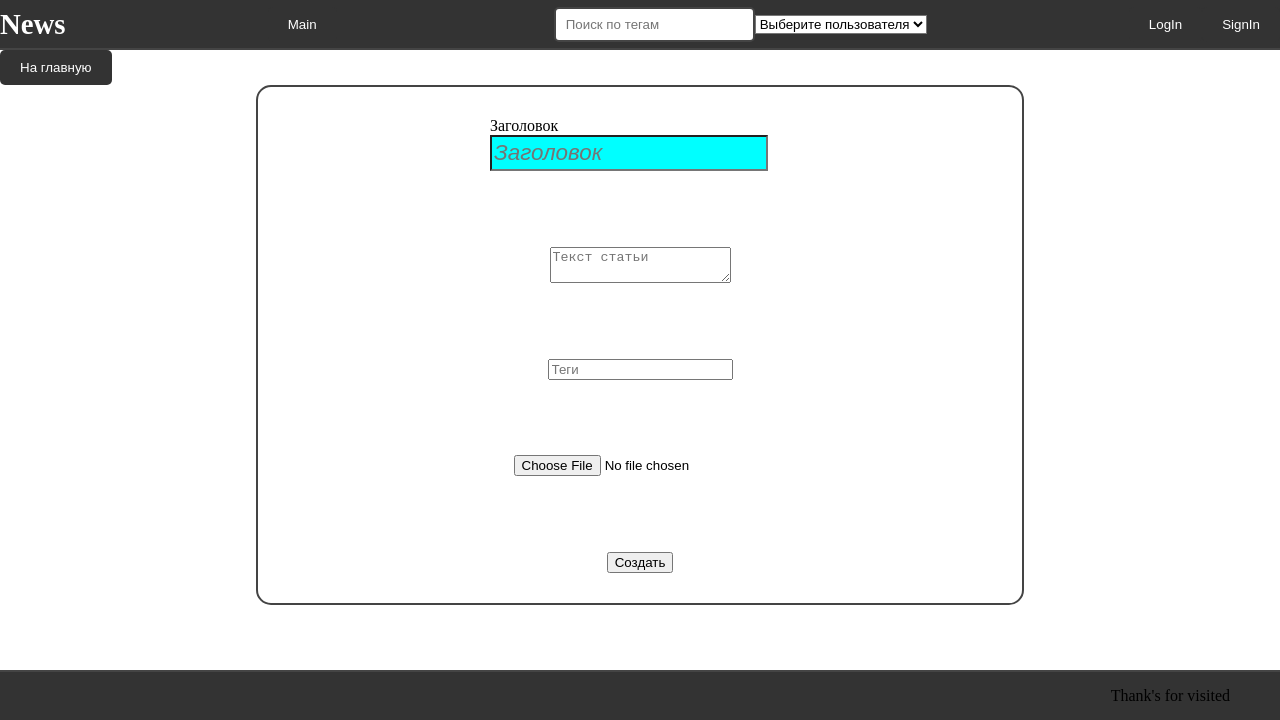
Repository: Igor-Blazhko/news_frontend
Page: /CreatePost
The author's editor kept a copy of each file at every save. The page is drawn from the files as they stood at one save, then again after the next save.
The browser window is 1280 px wide. The pictures show the whole page.
The project was rebuilt for these pictures with package versions that can differ from the ones it lists, and the page was loaded fresh each time. Also part of the build but not shown: vite.config.ts, src/components/allPost/onePost/onePost.module.css, src/components/allPost/onePost/onePost.tsx, src/components/allPost/allPost.tsx, src/components/auth/logIn/login.module.css, src/components/auth/logIn/login.tsx, src/components/auth/register/register.tsx, src/components/pageOnePost/comments/comment.tsx and 2 more.

Above is the page before, as saved 2024-07-15 16:09:47.

### src/App.tsx
import Header from './components/header/header'
import AllPost from './components/allPost/allPost'
import Footer from './components/footer/footer'
import LogIn from './components/auth/logIn/login'
import { Page } from './types'
import SignIn from './components/auth/register/register'
import { BrowserRouter, Route, Routes } from 'react-router-dom'
import OnePost from './components/pageOnePost/OnePost'
import { Provider } from 'react-redux'
import { store } from './store'
import { QueryClient, QueryClientProvider } from '@tanstack/react-query'
import CreatePost  from './components/createPost/createPost'



const queryClient = new QueryClient();

function App() {

  return (
    <Provider store={store}>
      <QueryClientProvider client={queryClient}>
        <BrowserRouter>
        <Header></Header>
          <Routes>
            <Route path="*" element ={ <AllPost/> }/>
            <Route path={Page.LogIn} element ={ <LogIn/> }/>
            <Route path={Page.SignIn} element ={ <SignIn/> }/>
            <Route path={Page.CreatePost} element ={ <CreatePost/> }/>
            <Route path={Page.OnePost+'/:id'} element ={ <OnePost/> }/>
          </Routes>
        <Footer></Footer>
        </BrowserRouter>
      </QueryClientProvider>
    </Provider>
  )
}

export default App

### src/index.css
body{
  margin: 0;
  padding: 0;
  width: 100vw;
  min-height: 100vh;
  overflow-x: hidden;
}

main{
  min-height: calc(100vh - 100px);
}

### src/components/header/header.tsx

import { Link } from 'react-router-dom';
import Button from '../simplyComponents/button/button';
import styles from './header.module.css'
import ButtonAuth  from './buttonAuth/buttonAuth';
import Filter from './filter/filter';


export default function Header() {
        return (
        <header className={styles.header}>
            <div className={styles.logo}>
                News
            </div>
            <nav>
                <Link to="">
                    <Button>Main</Button>
                </Link>
            </nav>
            <Filter/>
            <ButtonAuth/>
        </header>
    )
}

### src/components/footer/footer.tsx
import { Link } from 'react-router-dom'
import styles from './footer.module.css'
import { Page } from '../../types'
import Button from '../simplyComponents/button/button'
import { useSelector } from 'react-redux'
import { States } from '../../store'

export default function Footer(){
    const JWT = useSelector( (state:States) => state.JWT)
    return(
        <footer className={styles.footer}>
            {
            JWT &&
            <Link to={'/'+Page.CreatePost}>
                <Button>Создать пост</Button>
            </Link>
            }

            <div className={styles.text}>Thank's for visited</div>
        </footer>
    )
}

### src/types.ts
export const enum Page {
    LogIn = 'LogIn',
    SignIn = 'SignIn',
    AllPost = 'AllPost',
    OnePost = 'OnePost',
    CreatePost = 'CreatePost',
}

export class ObjectToken {
    private readonly access_token:string;
    constructor(access_token:string){
        this.access_token = access_token;
    }
}

export class HTTPExeption{
    private readonly response:string;
    private readonly status:number;
    private readonly message:string;
    private readonly name:string;
    constructor(response:string, status:number, message:string, name:string){
        this.response = response;
        this.status = status;
        this.message = message;
        this.name = name;
    }
}

### src/store.ts
import { createStore } from '@reduxjs/toolkit'
import cooks from './basefunction';

export interface States{
  tagfilter: string[],
  userfilter: number,
  JWT:string|undefined,
  location: string,
}

const defaultState:States = {
  tagfilter: [],
  userfilter: 0,
  JWT: cooks.getJWT(),
  location: '*',
}

type Action = {
  type:string,
  buffer?:string,
  userId?:number,
  JWT?:string,
}
const reducer = (state = defaultState, action:Action) => {
  switch (action.type){
    case 'Filter':
      if (( 'buffer' in action) && (action.buffer !== undefined)) {
        const arr = action.buffer.split(' ');
        state = {...state,
          tagfilter: arr,
        }
      }
      return state;
    case 'setUserFilter':
      if (( 'userId' in action) && (action.userId !== undefined)) {
        state = {...state,
          userfilter: action.userId,
        }
      }
      return state
    case 'SetJWT':
      if ( ('JWT' in action) && (action.JWT !== undefined) ){
        state = {...state,
          JWT: action.JWT,
        }
        cooks.LogIn(action.JWT)
      // document.cookie = `JWT_token=${action.JWT}`
      }
      return state;
    case 'DelJwt':
      state = {
        ...state,
        JWT:'',
      }
      cooks.LogOut()
      return state;
    case 'setLocation':
      state = {
        ...state,
        location: location.pathname,
      }
      return state;
    case 'dropLocation':
      state = {
        ...state,
        location: '*',
      }
      return state;
    default:
      return state;
  }
}

export const store = createStore(reducer)

### src/components/createPost/createPost.tsx
import { Link } from "react-router-dom";
import { Page } from "../../types";
import Button from "../simplyComponents/button/button";
import SERVER from "../../dataServer";
import styles from "./createPost.module.css"

export default function CreatePost(){

    return (
        <main>
            <Link to={'/'}>
                <Button>На главную</Button>
            </Link>
            <div>
                <form action={SERVER.POST.News.create} method="post" className={styles.form}>
                    <div>
                        <label htmlFor="article">Заголовок</label>
                        <input type="text" name="article" maxLength={254} placeholder="Заголовок" className={styles.article}/>
                    </div>
                    <textarea name="text" placeholder="Текст статьи" className={styles.text}/>
                    <input type="text" name="Tags" placeholder="Теги"  className={styles.tags}/>
                    <input type="file" />
                    <button type="submit" className={styles.btn}>Создать</button>
                </form>
            </div>
        </main>

    )
}

### src/components/simplyComponents/button/button.tsx
import { MouseEventHandler, ReactNode } from 'react'
import styles from './button.module.css'
type Button = {
    text?:string,
    children?:ReactNode
    onClick?:MouseEventHandler<HTMLButtonElement>
}

export default function Button(props:Button){

    return(
        <button className={styles.button} onClick={props.onClick}>{props.children}</button>
    )
}

### src/components/header/header.module.css
header {
    background-color: #333;
    display: flex;
    justify-content: space-between;
    align-items: center;
    border-bottom: 2px solid #444;
    box-sizing: border-box;
    min-height: 50px;
}

.logo {
    font-size: 1.8em;
    font-weight: bold;
    color: #fff;
}



  .filter {
    display: flex;
    align-items: center;
  }

  .filter input,
  .filterselect {
    padding: 8px 10px;
    margin-left: 15px;
    border: 2px solid #444;
    border-radius: 5px;
    transition: border-color 0.3s ease;
  }

  .filter input:focus,
  .filter select:focus {
    border-color: #888;
  }

  .filter select {
    background-color: #fff;
}

### src/components/header/buttonAuth/buttonAuth.tsx
import { useDispatch, useSelector } from "react-redux"
import { States } from "../../../store"
import cooks from "../../../basefunction";
import Button from "../../simplyComponents/button/button";
import { Link } from "react-router-dom";
import { Page } from "../../../types";

export default function ButtonAuth(){

    const JWT = useSelector( (state:States) => state.JWT);
    const dispatch = useDispatch();

    function LogOut(){
        dispatch({
            type: 'DelJwt',
        })
    }

    return (
        <>
            {
                JWT?
                <div className="auth">
                    <Button onClick={LogOut}>LogOut</Button>
                </div>
                :
                <div className="auth">
                    <Link to={Page.LogIn}>
                        <Button>LogIn</Button>
                    </Link>
                    <Link to={Page.SignIn}>
                        <Button>SignIn</Button>
                    </Link>
                </div>
                }
        </>
    )
}

### src/components/header/filter/filter.tsx

import { useEffect, useState } from 'react'
import { User } from '../../pageOnePost/types/types'
import styles from '../header.module.css'
import { useDispatch } from 'react-redux'

export default function Filter(){
    const [users, setUsers] = useState([ {
        id: 1,
        name: 'igor',
        sername: 'Blazhko',
        login: 'user1',
    }])
    const [change, setChange] = useState(false)
    const dispatch = useDispatch()

    useEffect(() => {
        const users = [
            {
                id: 1,
                name: 'igor',
                sername: 'Blazhko',
                login: 'user1',
            },
            {
                id: 2,
                name: 'igor',
                sername: 'Tokin',
                login: 'user2',
            },
            {
                id: 3,
                name: 'igor',
                sername: 'Lankin',
                login: 'user3',
            },
        ];
        setUsers(users);
        // setLog(JWT)
    },[])

    function changeFilter(event:React.ChangeEvent<HTMLInputElement>){
        dispatch({
            type:'Filter',
            buffer: event.target.value,
        })
    }

    function changeUser(event) {
        dispatch({
            type:'setUserFilter',
            userId: +event.target.value,
        })
        if ( +event.target.value ) setChange(true)
        else setChange(false)
    }

    return (
            <div className={styles.filter}>
                <input type="text" placeholder="Поиск по тегам" onChange={changeFilter}/>
                <select onChange={changeUser} defaultValue="option0">
                    <option value="0">
                        { change? 'Cбросить фильтрацию': 'Выберите пользователя'}
                    </option>
                    {
                        users.map((user:User)=> <option key = {user.id} value={user.id}>{user.name} {user.sername}</option>)
                    }
                </select>
            </div>
    )
}

### src/components/allPost/allPost.module.css

main {
    display: flex;
    flex-direction: column;
    row-gap: 25px;
  }

### src/dataServer.ts


const SERVER = {
    base: 'http://192.168.3.37:5000/',
    POST: {
        register: 'http://127.0.0.1:5000/auth/registration',
        login: 'http://127.0.0.1:5000/auth/login',
        comments: {
            createCom: 'http://127.0.0.1:5000/comments',
        },
        News: {
            create: 'http://127.0.0.1:5000/news',
        }
    },
    GET: {
        allNews: 'http://127.0.0.1:5000/news',
        oneNews: 'http://127.0.0.1:5000/news?id=',
        getAllCommentByPostId: 'http://127.0.0.1:5000/comments?id=',
    }
}
export default SERVER;

### src/components/footer/footer.module.css
footer {
    width: 100vw;
    background-color: #333;
    min-height: 50px;
    border-top: 2px solid #444;
    display: flex;
    justify-content: flex-end;
    align-items: center;
    box-sizing: border-box;
}

.text{
    margin-right: 50px;
}

### src/components/pageOnePost/OnePost.module.css
main{
  display: block;
}
.post_content_full {
    display: flex;
    flex-direction: column;
    align-items: center;
    text-align: center;
    animation: slideIn 0.5s ease-in-out;
  }

  .post_image {
    width: 150px;
    height: 150px;
    margin-bottom: 20px;
  }

  .post_title_full {
    font-size: 2em;
    margin-bottom: 20px;
  }

  .post_text_full {
    font-size: 1.2em;
    margin-bottom: 40px;
  }

  .comments {
    background-color: #fff;
    padding: 20px;
    border: 1px solid #ccc;
    border-radius: 10px;
    margin-top: 20px;
  }



  .comments h3 {
    font-size: 1.5em;
    margin-bottom: 10px;
  }

  .comment {
    margin-bottom: 10px;
    padding: 10px;
    border: 1px solid #ccc;
    border-radius: 5px;
    background-color: #fafafa;
  }

  .comment p {
    font-size: 1.2em;
  }

  .comment_form {
    margin-top: 20px;
  }

  .comment_form textarea {
    width: 100%;
    padding: 10px;
    margin-bottom: 10px;
    border: 1px solid #ccc;
    border-radius: 5px;
    resize: vertical;
    transition: border-color 0.3s ease;
  }

  .comment_form textarea:focus {
    border-color: #888;
  }

  .comment_form button {
    padding: 10px;
    border: none;
    border-radius: 5px;
    background-color: #333;
    color: #fff;
    cursor: pointer;
    transition: background-color 0.3s ease, transform 0.3s ease;
  }

  .comment_form button:hover {
    background-color: #444;
    transform: translateY(-3px);
  }

### src/basefunction.ts
import { useDispatch } from "react-redux";

class Cookie {
    getCookie(name:string) {
        let matches = document.cookie.match(new RegExp(
          "(?:^|; )" + name.replace(/([\.$?*|{}\(\)\[\]\\\/\+^])/g, '\\$1') + "=([^;]*)"
        ));
        return matches ? decodeURIComponent(matches[1]) : undefined;
    }

    setCookie(name:string, value:string, options = {}) {

        options = {
          path: '/',
          // при необходимости добавьте другие значения по умолчанию
          ...options
        };

        if (options.expires instanceof Date) {
          options.expires = options.expires.toUTCString();
        }

        let updatedCookie = encodeURIComponent(name) + "=" + encodeURIComponent(value);

        for (let optionKey in options) {
          updatedCookie += "; " + optionKey;
          let optionValue = options[optionKey];
          if (optionValue !== true) {
            updatedCookie += "=" + optionValue;
          }
        }

        document.cookie = updatedCookie;
    }

    deleteCookie(name:string) {
        this.setCookie(name, "", {
          'max-age': -1
        })
    }

    getJWT(){
        return this.getCookie('JWT_token')
    }

    LogIn(token:string){
        this.setCookie('JWT_token', token, {
            'max-age': 3600
          } )
    }

    LogOut(){
        this.setCookie('JWT_token', '', {
            'max-age': 3600
          } )
    }
}
const cooks = new Cookie()
export default cooks

### src/components/createPost/createPost.module.css
.form {
    border: 2px solid #444;
    border-radius: 15px;
    width: 60%;
    height: calc(100vh - 200px);
    margin: 0 auto;
    display: flex;
    flex-direction: column;
    justify-content: space-between;
    align-items: center;
    padding: 30px 0 ;
    box-sizing: border-box;
}

.article{
    width: 90%;
    height: 30px;
    font-size: 1.4em;
    font-style: italic;
    display: block;
    background-color: aqua;
}

.article::before{
    display: block;
    width: 20px;
    height: 20px;
    background-color: #444;
    border: 2px solid black;
    content: "→";
}

### src/components/simplyComponents/button/button.module.css
.button {
    padding: 10px 20px;
    background-color: #333;
    color: #fff;
    border: none;
    border-radius: 5px;
    cursor: pointer;
    transition: background-color 0.3s ease, transform 0.3s ease;
    text-decoration: none;
}

.button:hover {
    background-color: #444;
    transform: translateY(-3px);
}

Loaded but not shown: index.html (common file); src/main.tsx (common file)

After the next save:
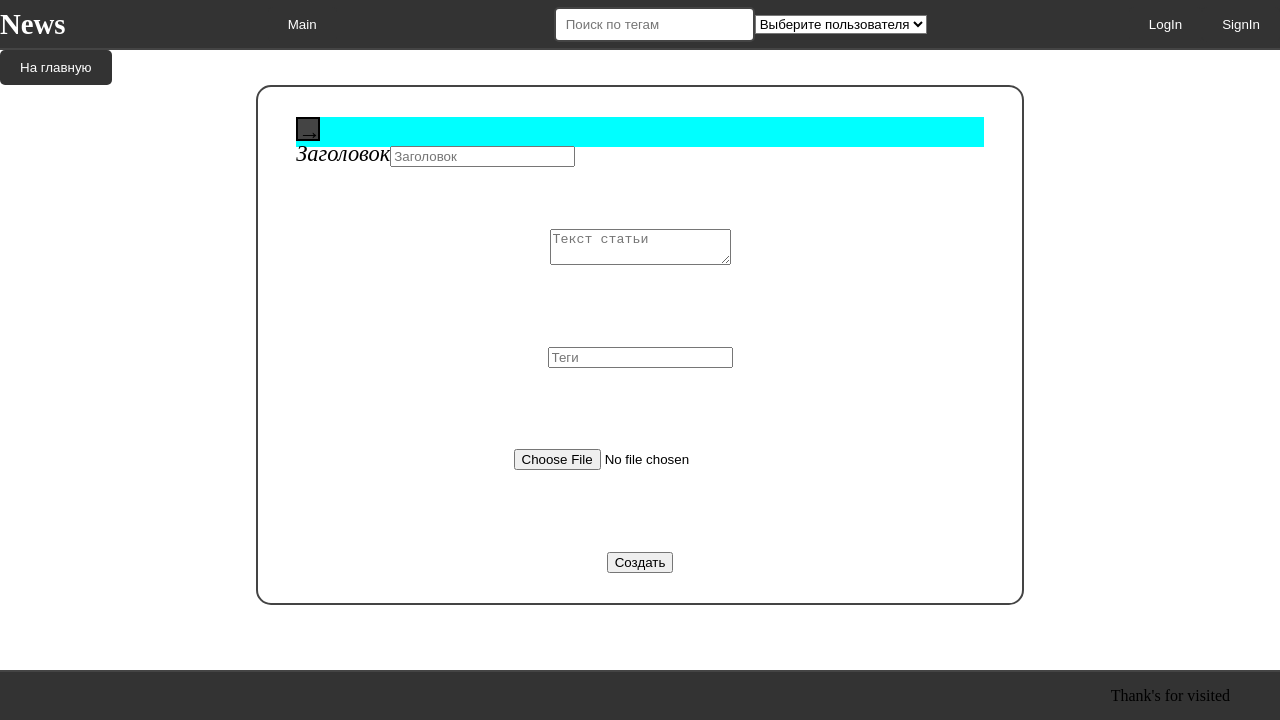
Saved 9 s later.
--- a/src/components/createPost/createPost.tsx
+++ b/src/components/createPost/createPost.tsx
@@ -13,9 +13,9 @@ export default function CreatePost(){
             </Link>
             <div>
                 <form action={SERVER.POST.News.create} method="post" className={styles.form}>
-                    <div>
+                    <div className={styles.article}>
                         <label htmlFor="article">Заголовок</label>
-                        <input type="text" name="article" maxLength={254} placeholder="Заголовок" className={styles.article}/>
+                        <input type="text" name="article" maxLength={254} placeholder="Заголовок" />
                     </div>
                     <textarea name="text" placeholder="Текст статьи" className={styles.text}/>
                     <input type="text" name="Tags" placeholder="Теги"  className={styles.tags}/>
